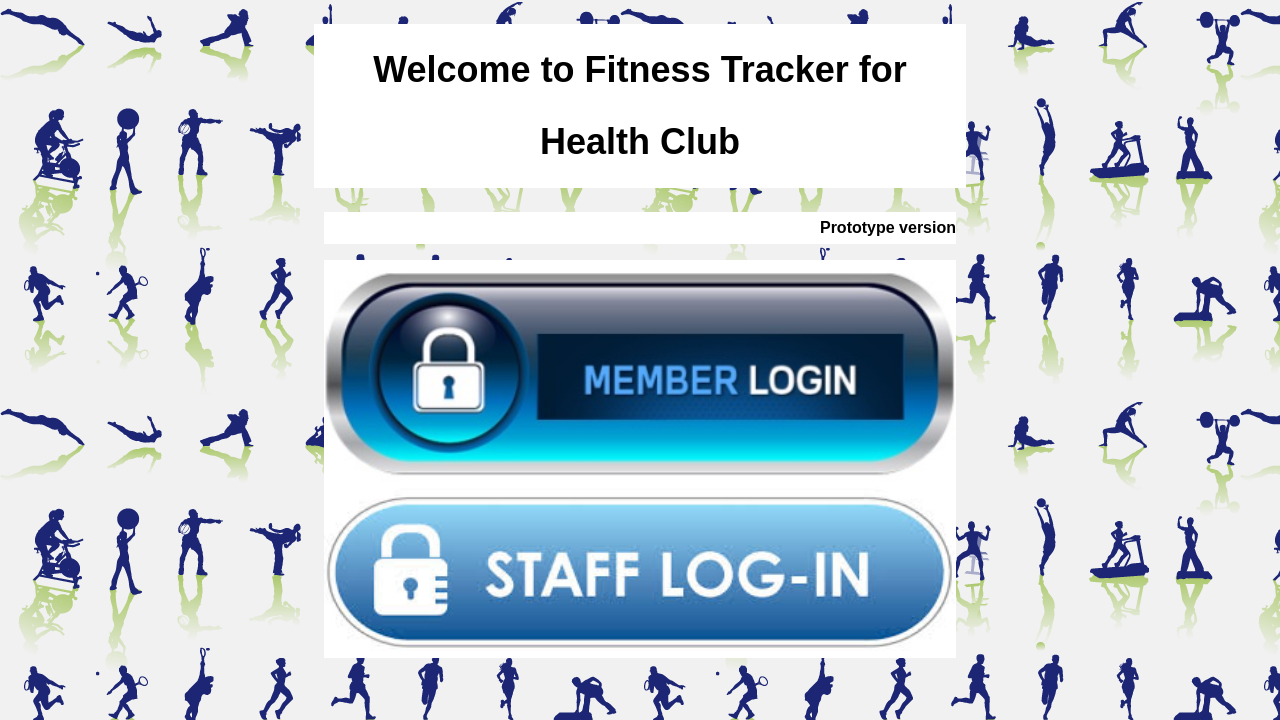
Repository: dmiropol/FitnessMemberTracker
Page: http://localhost/
An editor plug-in stored every save of this project. The page is shown before and after the next save, followed by the edit.
The browser window is 1280 px wide. The pictures show the whole page.
The page is served by the project's Node server (app.js).

Above is the page before, as saved 2018-11-17 22:53:08.

After the next save:
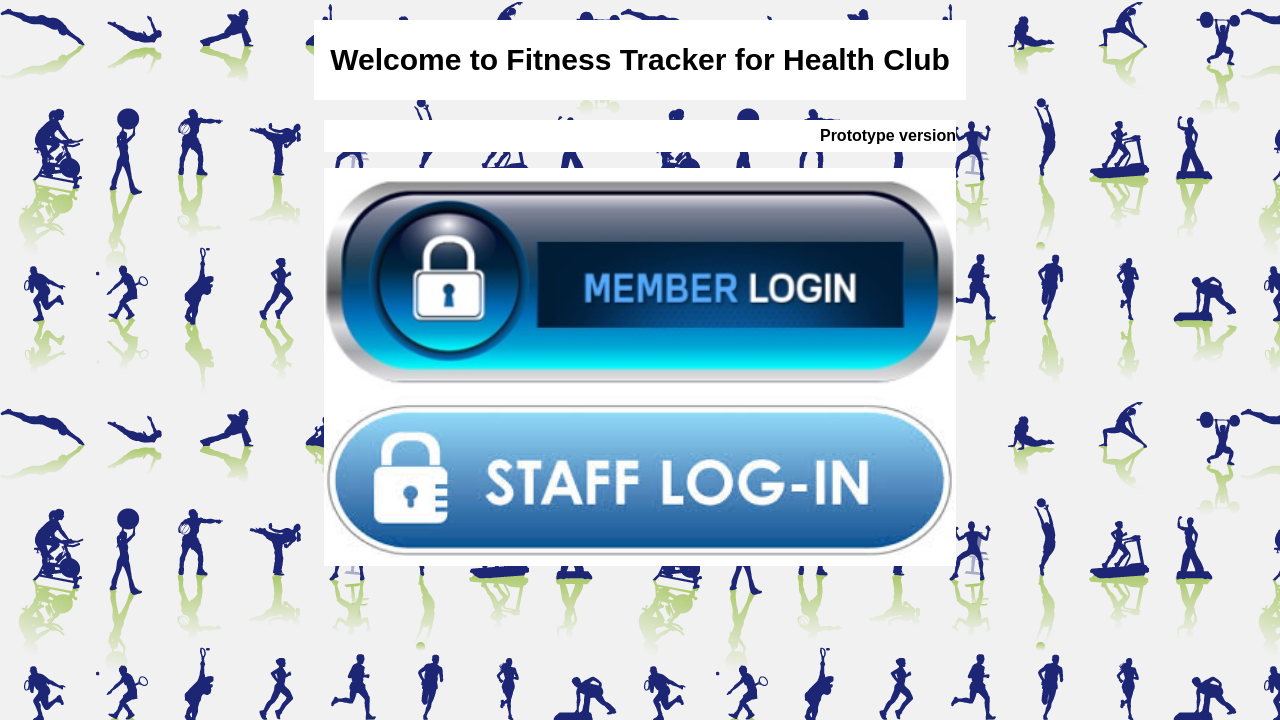
Saved 19 h 41 min later.
--- a/public/stylesheets/style.css
+++ b/public/stylesheets/style.css
@@ -122,7 +122,7 @@ h1, h2{
 	padding:10px;
     line-height: 2em;
     font-family: Arial, Helvetica, sans-serif;
-    font-size: 36px;
+    font-size: 30px;
 }
 h3{
 	background: white;
